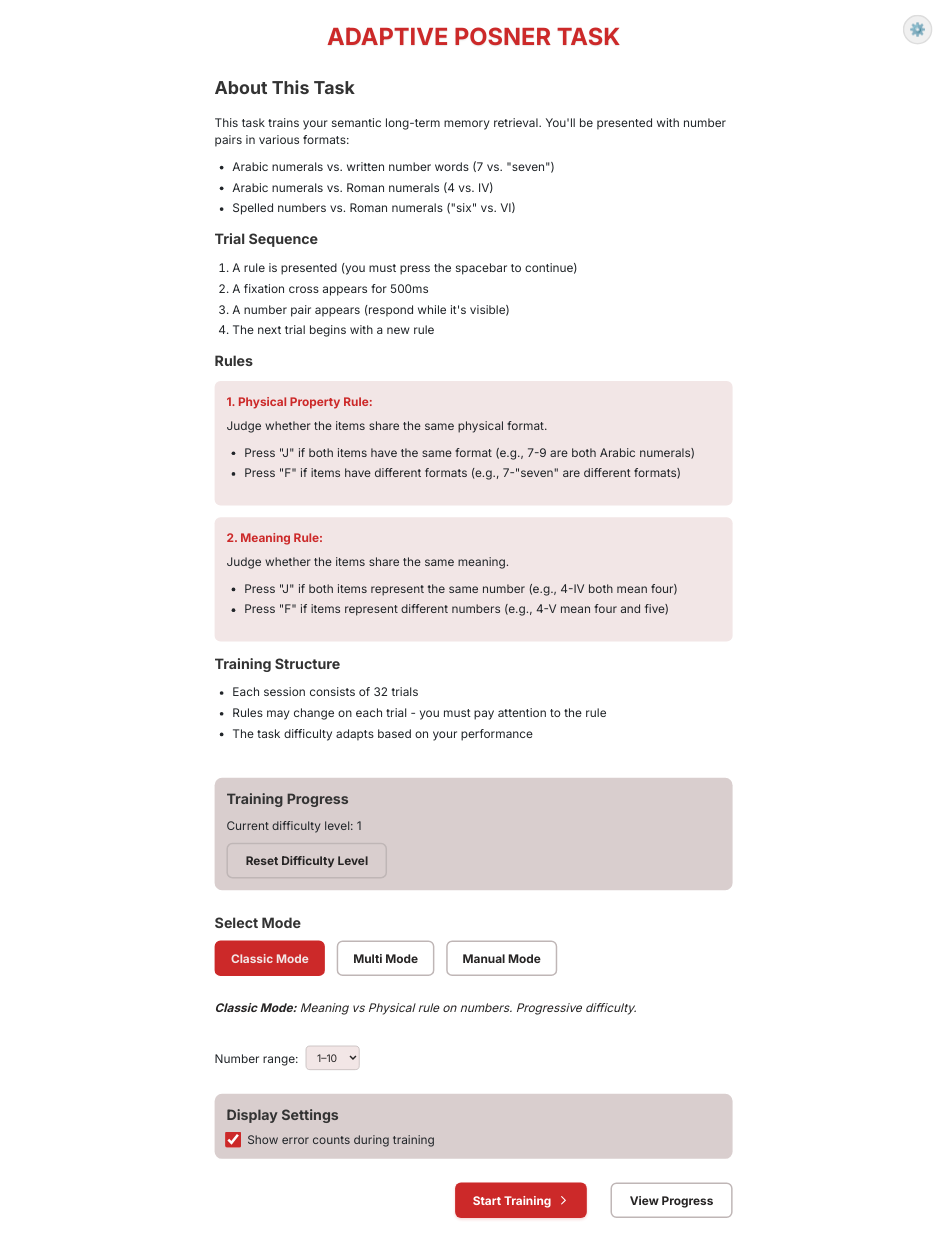
Repository: dolev765/braintrainepson
Page: index.html
The author's editor kept a copy of each file at every save. The page is drawn from the files as they stood at one save, then again after a run of saves.
The browser window is 1280 px wide. The pictures show the whole page, at 74% of full size.

Above is the page before, as saved 2025-10-16 01:19:29.

### index.html
<!DOCTYPE html>
<html lang="en">
<head>
    <meta charset="UTF-8">
    <meta name="viewport" content="width=device-width, initial-scale=1.0">
    <title>Adaptive Posner Task</title>

    <!-- Fonts -->
    <link rel="preconnect" href="https://fonts.googleapis.com">
    <link rel="preconnect" href="https://fonts.gstatic.com" crossorigin>
    <link href="https://fonts.googleapis.com/css2?family=Inter:wght@400;700&display=swap" rel="stylesheet">

    <!-- Stylesheets -->
    <link rel="stylesheet" href="css/main.css">
    <link rel="stylesheet" href="css/components.css">
    <link rel="stylesheet" href="css/responsive.css">
</head>
<body>
    <div id="mainContent">
        <header>
            <h1>ADAPTIVE POSNER TASK</h1>
        </header>

        <!-- Settings Button -->
        <button id="settingsToggle" class="settings-icon-btn">⚙️</button>
        <div id="settingsPanel" class="settings-panel hidden">
            <h3>Advanced Settings</h3>
            <div class="settings-group">
                <label><input type="checkbox" id="tier2Toggle"> Common Knowledge Categories</label>
                <label><input type="checkbox" id="tier3Toggle"> Expert Knowledge Categories</label>
            </div>
        </div>

        <!-- Description Screen -->
        <div id="descriptionScreen" class="screen active">
            <div class="description-content">
                <div class="task-description">
                    <h2>About This Task</h2>
                    <p>
                        This task trains your semantic long-term memory retrieval. You'll be presented with number pairs in various formats:
                    </p>
                    <ul>
                        <li>Arabic numerals vs. written number words (7 vs. "seven")</li>
                        <li>Arabic numerals vs. Roman numerals (4 vs. IV)</li>
                        <li>Spelled numbers vs. Roman numerals ("six" vs. VI)</li>
                    </ul>

                    <h3>Trial Sequence</h3>
                    <ol>
                        <li>A rule is presented (you must press the spacebar to continue)</li>
                        <li>A fixation cross appears for 500ms</li>
                        <li>A number pair appears (respond while it's visible)</li>
                        <li>The next trial begins with a new rule</li>
                    </ol>

                    <h3>Rules</h3>
                    <div class="rule-explanation">
                        <h4>1. Physical Property Rule:</h4>
                        <p>Judge whether the items share the same physical format.</p>
                        <ul>
                            <li>Press "J" if both items have the same format (e.g., 7-9 are both Arabic numerals)</li>
                            <li>Press "F" if items have different formats (e.g., 7-"seven" are different formats)</li>
                        </ul>
                    </div>

                    <div class="rule-explanation">
                        <h4>2. Meaning Rule:</h4>
                        <p>Judge whether the items share the same meaning.</p>
                        <ul>
                            <li>Press "J" if both items represent the same number (e.g., 4-IV both mean four)</li>
                            <li>Press "F" if items represent different numbers (e.g., 4-V mean four and five)</li>
                        </ul>
                    </div>

                    <h3>Training Structure</h3>
                    <ul>
                        <li>Each session consists of 32 trials</li>
                        <li>Rules may change on each trial - you must pay attention to the rule</li>
                        <li>The task difficulty adapts based on your performance</li>
                    </ul>
                </div>

                <div class="session-info">
                    <h3>Training Progress</h3>
                    <p>Current difficulty level: <span id="lastCompletedLevel">1</span></p>
                    <button id="resetLevel" class="btn btn-secondary">Reset Difficulty Level</button>
                </div>

                <div class="mode-selector">
                    <h3>Select Mode</h3>
                    <div class="mode-buttons">
                        <button id="progressiveMode" class="mode-button active">Classic Mode</button>
                        <button id="comprehensiveMode" class="mode-button">Multi Mode</button>
                        <button id="manualMode" class="mode-button">Manual Mode</button>
                    </div>
                </div>

                <div id="modeDescription" class="mode-description">
                    <strong>Classic Mode:</strong> Meaning vs Physical on numbers. Progressive difficulty.
                </div>

                <div class="settings">
                    <label for="numberRangeSelect">Number range:</label>
                    <select id="numberRangeSelect">
                        <option value="10" selected>1–10</option>
                        <option value="20">1–20</option>
                    </select>
                </div>

                <div class="display-settings">
                    <h3>Display Settings</h3>
                    <label class="checkbox-label">
                        <input type="checkbox" id="showErrorCounts" checked>
                        Show error counts during training
                    </label>
                </div>

                <div id="manualModeControls" class="manual-controls" style="display:none;">
                    <h3>Select difficulty level to practice:</h3>
                    <div class="level-selector">
                        <button class="level-button active" data-level="1">1</button>
                        <button class="level-button" data-level="2">2</button>
                        <button class="level-button" data-level="3">3</button>
                        <button class="level-button" data-level="4">4</button>
                        <button class="level-button" data-level="5">5</button>
                        <button class="level-button" data-level="6">6</button>
                        <button class="level-button" data-level="7">7</button>
                        <button class="level-button" data-level="8">8</button>
                        <button class="level-button" data-level="9">9</button>
                        <button class="level-button" data-level="10">10</button>
                    </div>
                    <p>Number of trials: <span id="trialsCount">32</span></p>
                </div>

                <div class="action-buttons">
                    <button id="startTask" class="btn btn-primary">
                        <span>Start Training</span>
                        <svg width="16" height="16" viewBox="0 0 256 256">
                            <path d="M184.49,136.49l-80,80a12,12,0,0,1-17-17L159,128L87.51,56.49a12,12,0,1,1,17-17l80,80A12,12,0,0,1,184.49,136.49Z"></path>
                        </svg>
                    </button>
                    <button id="viewProgress" class="btn btn-secondary">View Progress</button>
                </div>
            </div>
        </div>

        <!-- Rule Screen -->
        <div id="ruleScreen" class="screen game-screen">
            <div class="game-header">
                <span>Difficulty level: <span id="currentLevel">1</span></span>
                <span>Trial: <span id="currentTrial">1</span> / 32</span>
            </div>
            <div id="errorCountsDisplayRule" class="error-counts">
                <div>Errors: <span id="currentErrorsRule">0</span>/3</div>
                <div>Consecutive failures: <span id="currentConsecutiveFailuresRule">0</span>/3</div>
            </div>

            <div class="rule-content-box">
                <div id="currentRuleDisplay" class="rule-title">Physical Property Rule</div>
                <div id="ruleInstructions" class="rule-instructions">
                    Press "J" if items have the same format, press "F" if they have different formats.
                </div>
                <button id="continueButton" class="btn btn-primary continue-btn">
                    Press SPACEBAR to continue
                </button>
            </div>

            <div class="back-button-container">
                <button id="backToHomeFromRule" class="btn btn-secondary">← Back to Home</button>
            </div>
        </div>

        <!-- Fixation Screen -->
        <div id="fixationScreen" class="screen game-screen">
            <div class="game-header">
                <span>Difficulty level: <span id="currentLevelFixation">1</span></span>
                <span>Trial: <span id="currentTrialFixation">1</span> / 32</span>
            </div>
            <div id="errorCountsDisplayFixation" class="error-counts">
                <div>Errors: <span id="currentErrorsFixation">0</span>/3</div>
                <div>Consecutive failures: <span id="currentConsecutiveFailuresFixation">0</span>/3</div>
            </div>

            <div class="content-box">
                <div class="fixation-cross">+</div>
            </div>

            <div class="back-button-container">
                <button id="backToHomeFromFixation" class="btn btn-secondary">← Back to Home</button>
            </div>
        </div>

        <!-- Task Screen -->
        <div id="taskScreen" class="screen game-screen">
            <div class="game-header">
                <span>Difficulty level: <span id="currentLevel2">1</span></span>
                <span>Trial: <span id="currentTrialDisplay">1</span> / 32</span>
            </div>

            <div id="errorCountsDisplay" class="error-counts">
                <div>Errors: <span id="currentErrors">0</span>/3</div>
                <div>Consecutive failures: <span id="currentConsecutiveFailures">0</span>/3</div>
            </div>

            <div class="content-box">
                <div class="stimulus" id="stimulusPair">7-9</div>
            </div>

            <div class="feedback-container">
                <div id="feedbackMessage" class="feedback-message"></div>
            </div>
            <div id="progressBar2" class="progress-bar">
                <div id="progressFill2" class="progress-fill"></div>
            </div>

            <div class="response-buttons">
                <button id="differentButton" class="btn btn-secondary">Different (F)</button>
                <button id="sameButton" class="btn btn-primary">Same (J)</button>
            </div>

            <div class="back-button-container">
                <button id="backToHomeFromTask" class="btn btn-secondary">← Back to Home</button>
            </div>
        </div>

        <!-- Session Complete Screen -->
        <div id="sessionCompleteScreen" class="screen">
            <div class="screen-header">
                <h2>TRAINING SESSION COMPLETED</h2>
            </div>

            <div class="results-box">
                <h3>Results:</h3>
                <p>Correct answers: <span id="sessionCorrectCount">0</span> / 32</p>
                <p>Accuracy: <span id="sessionAccuracy">0%</span></p>
                <p>Final level: <span id="sessionFinalLevel">1</span></p>
            </div>

            <div class="action-buttons">
                <button id="returnToMenu" class="btn btn-secondary">Return to Menu</button>
                <button id="startNewSession" class="btn btn-primary">
                    <span>New Session</span>
                    <svg width="16" height="16" viewBox="0 0 256 256">
                        <path d="M184.49,136.49l-80,80a12,12,0,0,1-17-17L159,128L87.51,56.49a12,12,0,1,1,17-17l80,80A12,12,0,0,1,184.49,136.49Z"></path>
                    </svg>
                </button>
            </div>
        </div>

        <!-- Score Screen -->
        <div id="scoreScreen" class="screen">
            <div class="screen-header">
                <h2>TRAINING COMPLETE</h2>
                <button id="startNewTest" class="btn btn-primary">Return to Menu</button>
            </div>

            <div id="statsContainer" class="stats-container">
                <div class="stat-box">
                    <h4>SESSION SUMMARY</h4>
                    <p>Trials completed: <span>32</span></p>
                </div>

                <div class="stat-box">
                    <h4>ACCURACY</h4>
                    <p id="accuracyRate" class="stat-value">0%</p>
                </div>

                <div class="stat-box">
                    <h4>FINAL LEVEL</h4>
                    <p id="finalLevel" class="stat-value">0</p>
                </div>
            </div>

            <div class="history-section">
                <h3>HISTORY</h3>
                <div id="historyContainer" class="history-container"></div>
            </div>
        </div>

        <!-- Progress Screen -->
        <div id="progressScreen" class="screen">
            <div class="screen-header">
                <h2>PROGRESS OVER TIME</h2>
                <div class="progress-controls">
                    <button id="progressBackToMenu" class="btn btn-secondary">Back to Menu</button>
                    <select id="progressModeFilter">
                        <option value="all" selected>All Modes</option>
                        <option value="classic">Classic</option>
                        <option value="multi">Multi</option>
                    </select>
                </div>
            </div>
            <div class="chart-container">
                <canvas id="progressCanvas" width="700" height="300"></canvas>
                <div class="chart-legend">
                    <div class="legend-item">
                        <span class="legend-color" style="background:#cc2929;"></span>
                        <span>Final level (last session per day)</span>
                    </div>
                    <div class="legend-item">
                        <span class="legend-color" style="background:#2d7a2d;"></span>
                        <span>Highest level (max per day)</span>
                    </div>
                    <div class="legend-item">
                        <span class="legend-color" style="background:#1f4f8a;"></span>
                        <span>Lowest level (min per day)</span>
                    </div>
                </div>
            </div>
        </div>
    </div>

    <!-- Scripts -->
    <script type="module" src="js/main.js"></script>
</body>
</html>

### css/components.css
/* Components CSS - Buttons, forms, and interactive elements */

/* Button Styles */
.btn {
    display: inline-flex;
    align-items: center;
    justify-content: center;
    gap: 8px;
    padding: 12px 24px;
    border: none;
    border-radius: 8px;
    font-family: "Inter", sans-serif;
    font-size: 16px;
    font-weight: 600;
    text-decoration: none;
    cursor: pointer;
    transition: all 0.2s ease;
    min-height: 44px;
    position: relative;
    overflow: hidden;
}

.btn:disabled {
    opacity: 0.6;
    cursor: not-allowed;
}

.btn:focus {
    outline: 2px solid #cc2929;
    outline-offset: 2px;
}

/* Primary Button */
.btn-primary {
    background-color: #cc2929;
    color: #ffffff;
    box-shadow: 0 2px 4px rgba(204, 41, 41, 0.2);
}

.btn-primary:hover:not(:disabled) {
    background-color: #b82424;
    transform: translateY(-1px);
    box-shadow: 0 4px 8px rgba(204, 41, 41, 0.3);
}

.btn-primary:active {
    transform: translateY(0);
    box-shadow: 0 2px 4px rgba(204, 41, 41, 0.2);
}

/* Secondary Button */
.btn-secondary {
    background-color: transparent;
    color: #262424;
    border: 2px solid #bfb6b6;
}

.btn-secondary:hover:not(:disabled) {
    background-color: #f2e6e6;
    border-color: #cc2929;
    color: #cc2929;
}

.btn-secondary:active {
    background-color: #e6d6d6;
}

/* Mode Buttons */
.mode-buttons {
    display: flex;
    gap: 1rem;
    flex-wrap: wrap;
}

.mode-button {
    padding: 12px 20px;
    border: 2px solid #bfb6b6;
    background-color: transparent;
    color: #262424;
    border-radius: 8px;
    font-family: "Inter", sans-serif;
    font-size: 16px;
    font-weight: 600;
    cursor: pointer;
    transition: all 0.2s ease;
    min-height: 44px;
}

.mode-button:hover {
    background-color: #f2e6e6;
    border-color: #cc2929;
    color: #cc2929;
}

.mode-button.active {
    background-color: #cc2929;
    color: #f2e6e6;
    border-color: #cc2929;
}

.mode-button.active:hover {
    background-color: #b82424;
}

/* Level Selector */
.level-selector {
    display: flex;
    gap: 0.5rem;
    flex-wrap: wrap;
    margin-bottom: 1rem;
}

.level-button {
    width: 44px;
    height: 44px;
    border: 2px solid #bfb6b6;
    background-color: transparent;
    color: #262424;
    border-radius: 8px;
    font-family: "Inter", sans-serif;
    font-size: 16px;
    font-weight: 600;
    cursor: pointer;
    transition: all 0.2s ease;
    display: flex;
    align-items: center;
    justify-content: center;
}

.level-button:hover {
    background-color: #f2e6e6;
    border-color: #cc2929;
    color: #cc2929;
}

.level-button.active {
    background-color: #cc2929;
    color: #f2e6e6;
    border-color: #cc2929;
}

.level-button.active:hover {
    background-color: #b82424;
}

/* Form Elements */
select {
    padding: 6px 10px;
    border-radius: 6px;
    border: 1px solid #bfb6b6;
    background: #f2e6e6;
    color: #262424;
    font-family: "Inter", sans-serif;
    font-size: 14px;
    cursor: pointer;
}

select:focus {
    outline: 2px solid #cc2929;
    outline-offset: 2px;
    border-color: #cc2929;
}

input[type="checkbox"] {
    width: 18px;
    height: 18px;
    accent-color: #cc2929;
    cursor: pointer;
}

input[type="checkbox"]:focus {
    outline: 2px solid #cc2929;
    outline-offset: 2px;
}

/* Loading States */
.btn.loading {
    position: relative;
    color: transparent;
}

.btn.loading::after {
    content: "";
    position: absolute;
    width: 16px;
    height: 16px;
    top: 50%;
    left: 50%;
    margin-left: -8px;
    margin-top: -8px;
    border: 2px solid transparent;
    border-top: 2px solid currentColor;
    border-radius: 50%;
    animation: spin 1s linear infinite;
}

@keyframes spin {
    0% { transform: rotate(0deg); }
    100% { transform: rotate(360deg); }
}

/* Icon Styles */
.btn svg {
    min-width: 16px;
    min-height: 16px;
    fill: currentColor;
}

/* Button Groups */
.button-group {
    display: flex;
    gap: 1rem;
    align-items: center;
}

.button-group .btn {
    flex: 1;
}

/* Special Button Styles */
.btn-large {
    padding: 16px 32px;
    font-size: 18px;
    min-height: 56px;
}

.btn-small {
    padding: 8px 16px;
    font-size: 14px;
    min-height: 36px;
}

.btn-icon-only {
    padding: 12px;
    min-width: 44px;
}

.btn-icon-only svg {
    margin: 0;
}

/* Responsive Button Adjustments */
@media (max-width: 768px) {
    .btn {
        padding: 10px 20px;
        font-size: 14px;
        min-height: 40px;
    }

    .mode-buttons {
        flex-direction: column;
    }

    .mode-button {
        width: 100%;
    }

    .level-selector {
        justify-content: center;
    }

    .action-buttons {
        flex-direction: column;
        align-items: stretch;
    }

    .response-buttons {
        flex-direction: column;
    }

    .button-group {
        flex-direction: column;
    }
}

@media (max-width: 480px) {
    .btn {
        padding: 8px 16px;
        font-size: 14px;
        min-height: 36px;
    }

    .level-button {
        width: 36px;
        height: 36px;
        font-size: 14px;
    }
}

Loaded but not shown: js/config/semantic/tier1-basic.js (329 lines, source omitted); js/ui-controller.js (317 lines, source omitted); js/config/semantic/tier3-expert.js (107 lines, source omitted); js/config/semantic/tier2-common.js (112 lines, source omitted); js/config/semantic/semantic-rules.js (239 lines, source omitted); js/stimulus-generator.js (220 lines, source omitted); js/game-state.js (281 lines, source omitted); js/game-logic.js (268 lines, source omitted); js/main.js (228 lines, source omitted); js/progress-tracker.js (239 lines, source omitted); js/config/numbers/number-data.js (76 lines, source omitted); js/config/numbers/format-combinations.js (49 lines, source omitted); js/config/ui/messages.js (29 lines, source omitted); js/config/ui/achievements-config.js (69 lines, source omitted); js/config/ui/ui-config.js (59 lines, source omitted); js/config/game/game-config.js (49 lines, source omitted); js/config/game/default-settings.js (49 lines, source omitted); js/config/index.js (20 lines, source omitted); js/config/ui/stats-config.js (29 lines, source omitted); js/config/game/level-times.js (14 lines, source omitted); js/config/semantic/index.js (15 lines, source omitted); css/main.css (462 lines, source omitted); css/responsive.css (349 lines, source omitted)

After the next 2 saves:
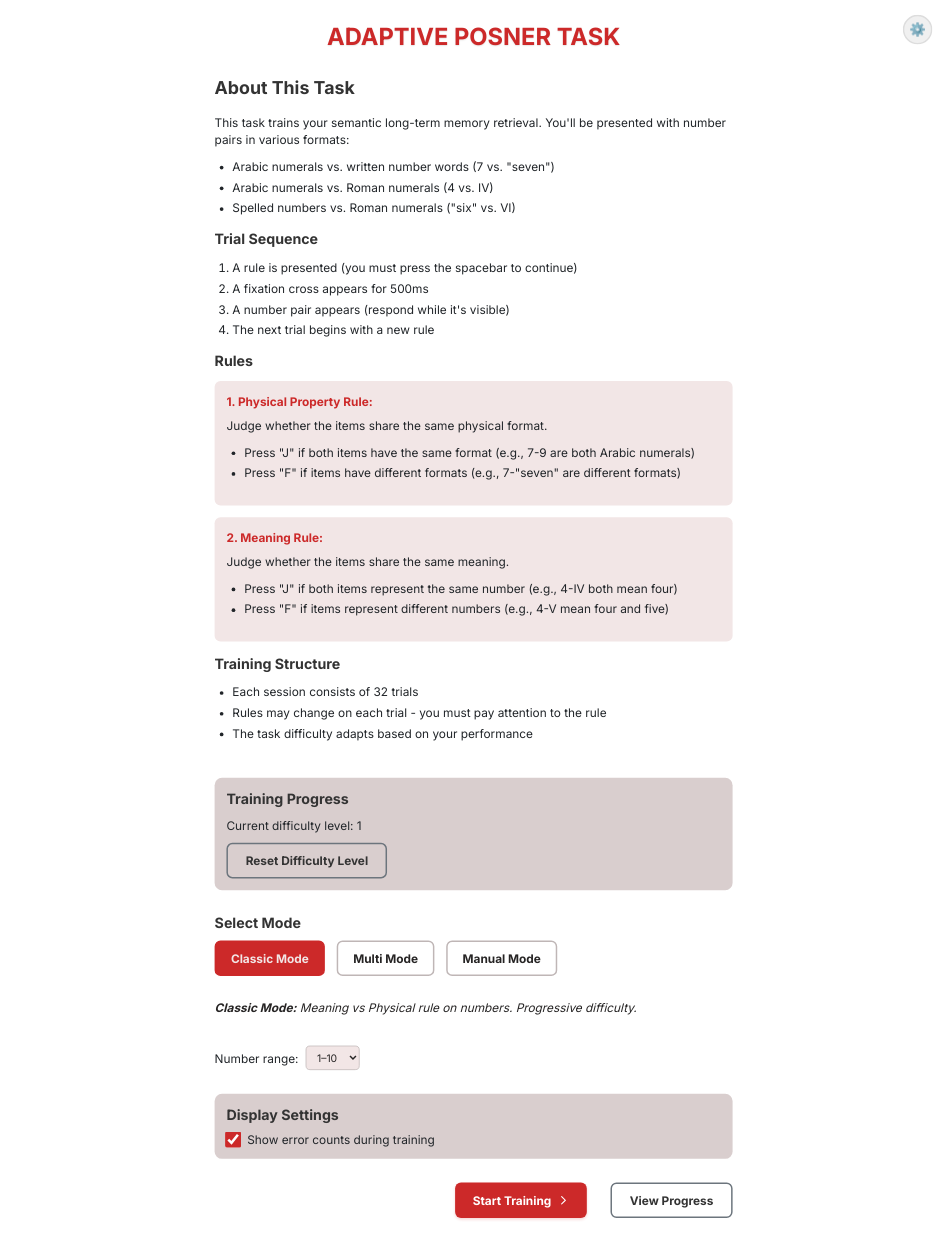
The 2 saves are shown as one change because they came seconds apart.
The last was saved 18 s later.
--- a/css/components.css
+++ b/css/components.css
@@ -51,8 +51,8 @@
 /* Secondary Button */
 .btn-secondary {
     background-color: transparent;
-    color: #262424;
-    border: 2px solid #bfb6b6;
+    color: #333333;
+    border: 2px solid #6c757d;
 }
 
 .btn-secondary:hover:not(:disabled) {
